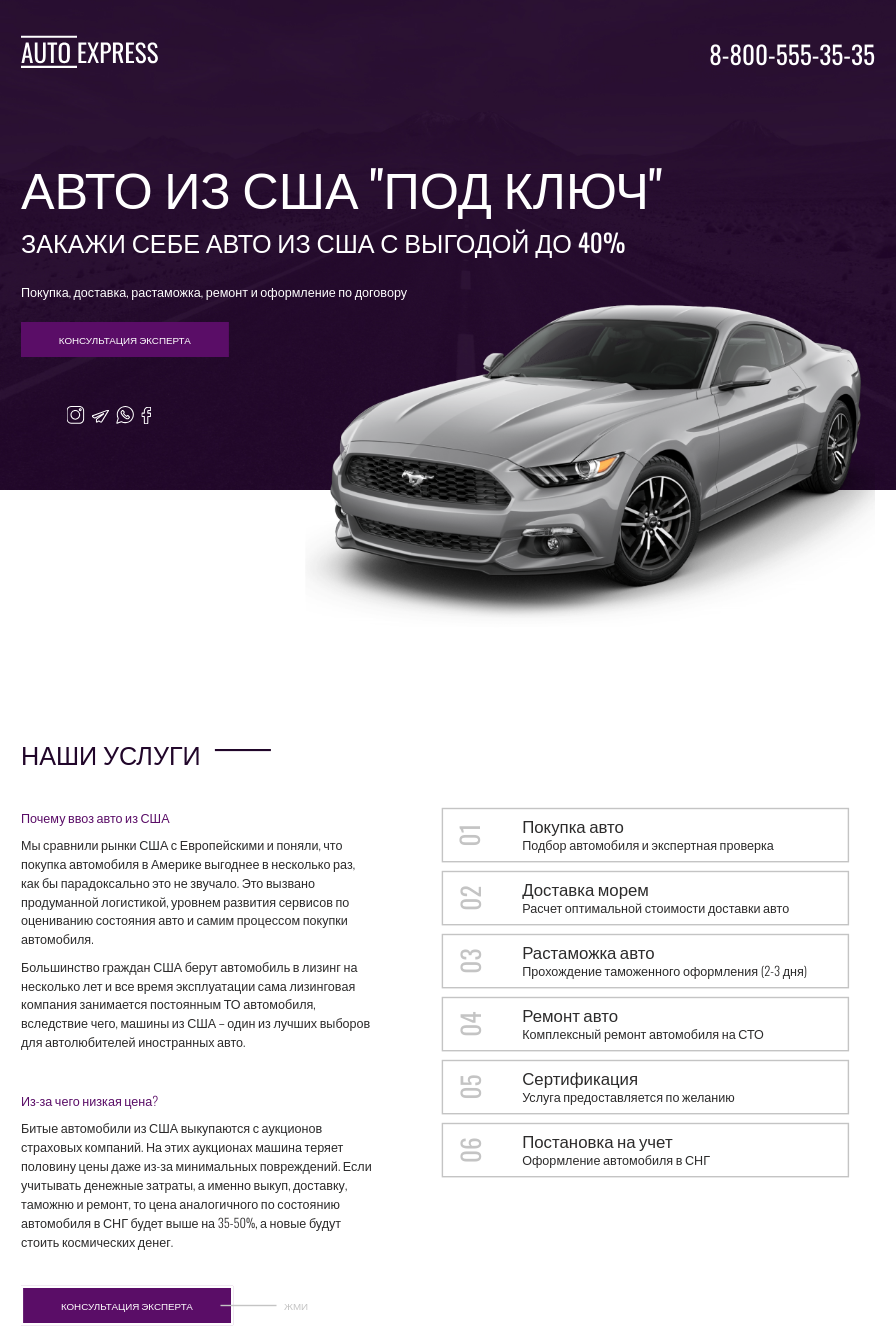
Repository: AlexandrLewandowski/site-1
Page: index.html
An editor plug-in stored every save of this project. The page is shown before and after the next save, followed by the edit.
The browser window is 1280 px wide. The pictures show the part of the page from y = 0 to 1920 px (the page is 3924 px tall), at 70% of full size.

Above is the page before, as saved 2024-05-07 15:46:51.

After the next save:
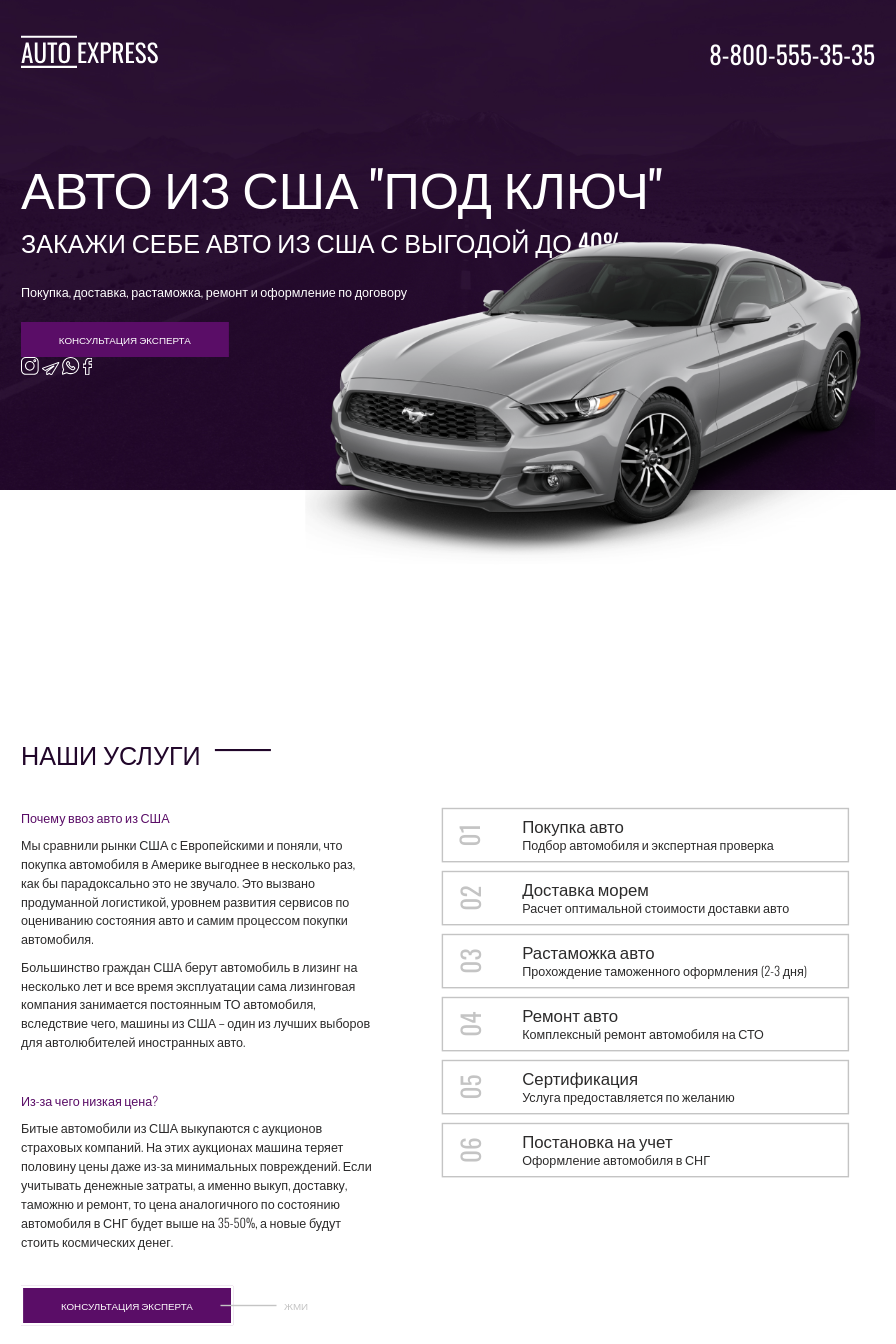
Saved 39 s later.
--- a/css/style.css
+++ b/css/style.css
@@ -84,14 +84,14 @@
     background-color: #fff;
 }
 
-.social {
+.header__social {
     padding: 70px 0 20px 65px;
     ;
     display: flex;
     align-items: center;
 }
 
-.social__link {
+.header__social-link {
     margin-right: 10px;
 }
 

After the save that followed:
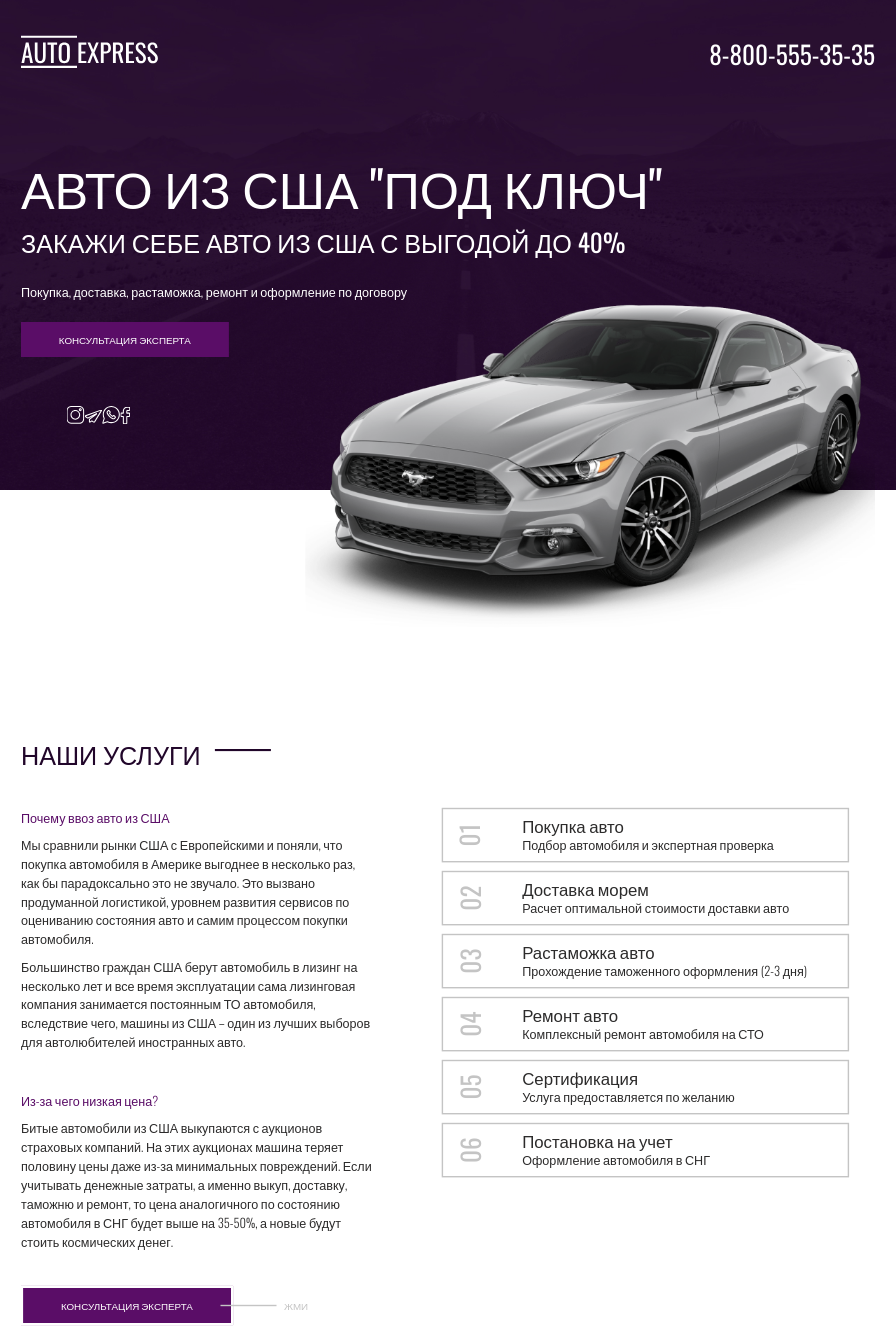
Saved 10 s later.
--- a/index.html
+++ b/index.html
@@ -36,7 +36,7 @@
                     Покупка, доставка, растаможка, ремонт и оформление по договору
                 </p>
                 <a class="button" href="#">консультация эксперта</a>
-                <div class="social">
+                <div class="social header__social">
                     <a class="social__link" href="#">
                         <img class="social__img" src="images/icon/instagram.svg" alt="">
                     </a>
